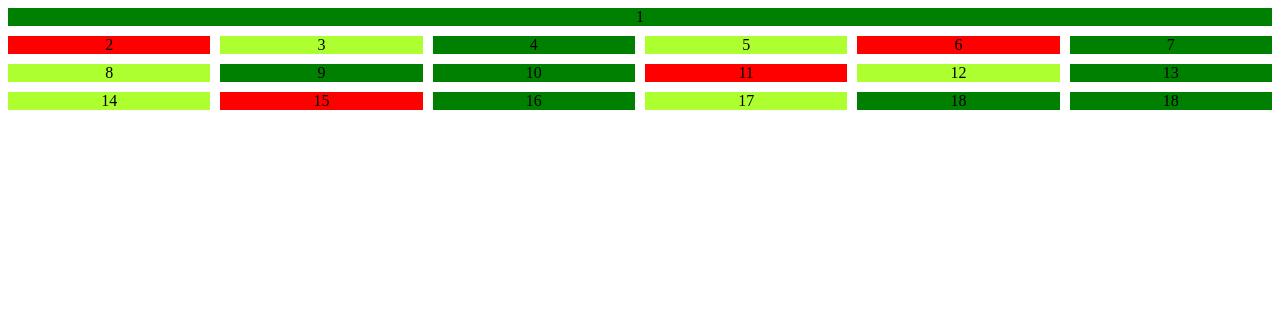
Repository: motiejus1/09-paskaita-05.31
Page: index.html
The author's editor kept a copy of each file at every save. The page is drawn from the files as they stood at one save, then again after a run of saves.
The browser window is 1280 px wide. The pictures show the whole page.

Above is the page before, as saved 2021-06-15 19:49:07.

After the next 3 saves:
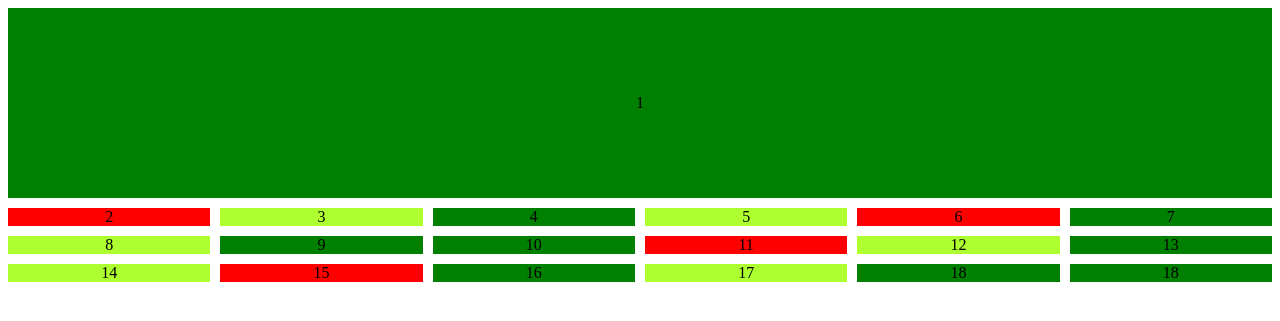
The 3 saves are shown as one change because they came seconds apart.
The last was saved 41 s later.
--- a/index.html
+++ b/index.html
@@ -31,7 +31,7 @@
 
             grid-column: 1 / span 6;
 
-            grid-row: 1 / 3;
+            grid-row: 1 / span 20;
         }
 
         /* .grid-item-2 {
